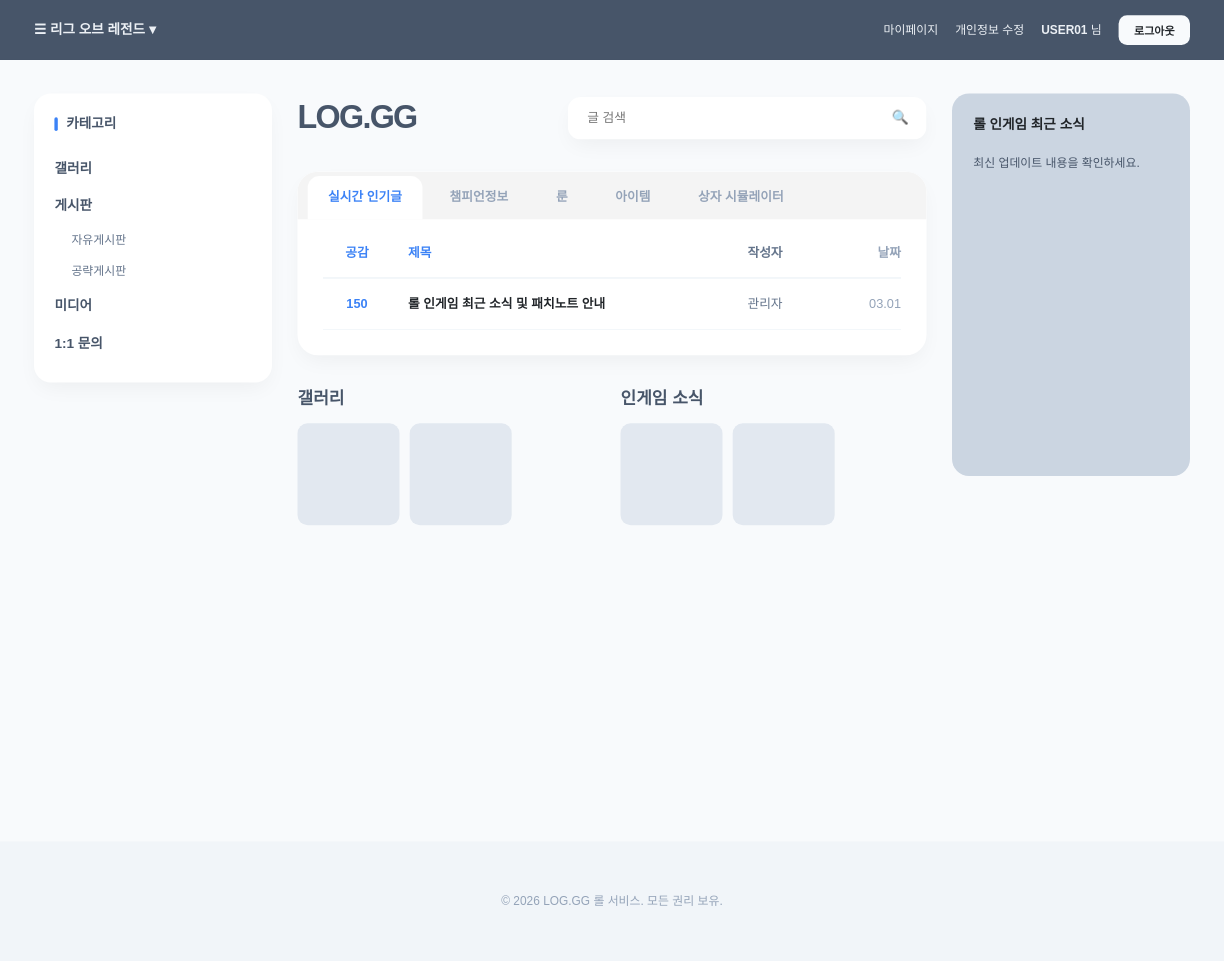
Repository: hoitman297/Semiproject_Team200
Page: SemiProject_Team200/src/main/webapp/WEB-INF/views/lol/롤메인페이지.html
An editor plug-in stored every save of this project. The page is shown before and after the next save, followed by the edit.
The browser window is 1280 px wide. The page is 1440 px wide, so the pictures cover 1440 px, including what lies to the right of the window. The pictures show the whole page, at 85% of full size.
Some web fonts or font styles are not loaded; a fallback is used.

Above is the page before, as saved 2026-03-16 03:01:56.

After the next save:
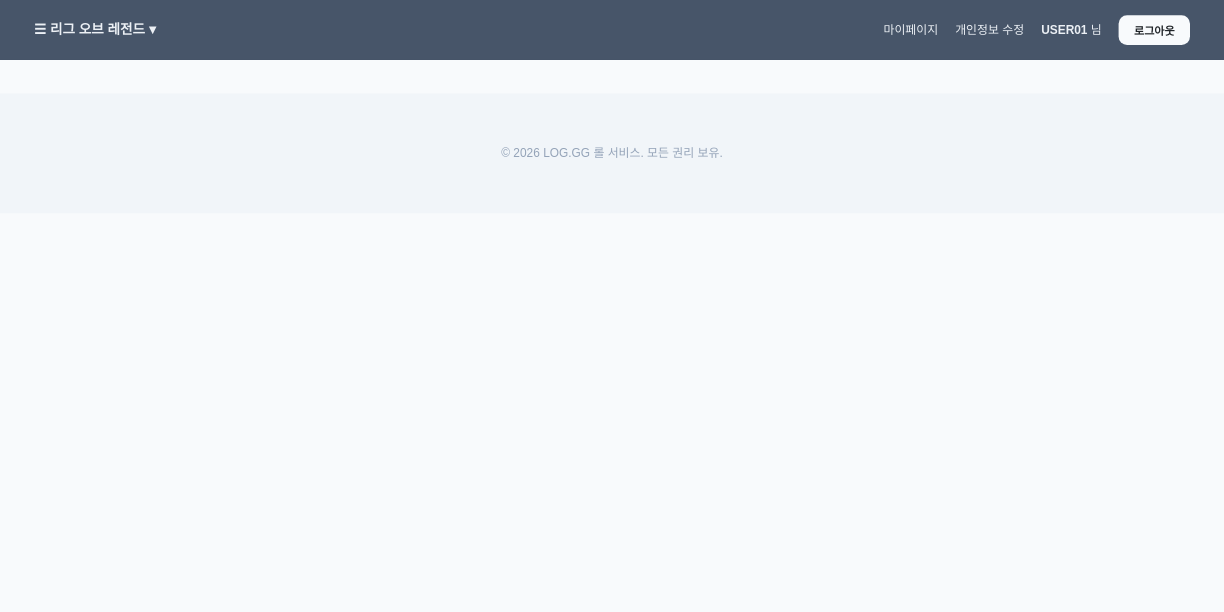
Saved 26 s later.
--- a/SemiProject_Team200/src/main/webapp/WEB-INF/views/lol/롤메인페이지.html
+++ b/SemiProject_Team200/src/main/webapp/WEB-INF/views/lol/롤메인페이지.html
@@ -377,87 +377,7 @@
         </div>
     </header>
 
-    <div class="main-layout">
-        <aside class="side-left">
-            <div class="side-card">
-                <h3>카테고리</h3>
-                <div class="menu-item">갤러리</div>
-                <div class="menu-item">게시판</div>
-                <div class="sub-item">자유게시판</div>
-                <div class="sub-item">공략게시판</div>
-                <div class="menu-item">미디어</div>
-                <div class="menu-item">1:1 문의</div>
-            </div>
-        </aside>
-
-        <main class="content-area">
-            <div class="top-row">
-                <a href="../메인페이지.html">
-                    <div class="logo">LOG.GG</div>
-                </a>
-                <div class="search-bar">
-                    <input type="text" placeholder="글 검색">
-                    <span>🔍</span>
-                </div>
-            </div>
-
-            <div class="board-card">
-                <div class="tab-menu">
-                    <div class="tab-item active">실시간 인기글</div>
-                    <a href="./롤영웅정보.html">
-                        <div class="tab-item">챔피언정보</div>
-                    </a>
-                    <a href="./롤룬정보.html">
-                        <div class="tab-item">룬</div>
-                    </a>
-                    <a href="./롤아이템정보.html">
-                        <div class="tab-item">아이템</div>
-                    </a>
-                    <a href="../상자시뮬/상자시뮬.html">
-                        <div class="tab-item">상자 시뮬레이터</div>
-                    </a>
-                </div>
-                <div class="tab-content">
-                    <div class="board-row header-row">
-                        <div class="col-likes">공감</div>
-                        <div class="col-title">제목</div>
-                        <div class="col-author">작성자</div>
-                        <div class="col-date">날짜</div>
-                    </div>
-                    <div class="board-row">
-                        <div class="col-likes">150</div>
-                        <div class="col-title">롤 인게임 최근 소식 및 패치노트 안내</div>
-                        <div class="col-author">관리자</div>
-                        <div class="col-date">03.01</div>
-                    </div>
-                </div>
-            </div>
-
-            <div class="bottom-grid">
-                <div class="grid-box">
-                    <h4>갤러리</h4>
-                    <div class="thumb-container">
-                        <div class="thumb"></div>
-                        <div class="thumb"></div>
-                    </div>
-                </div>
-                <div class="grid-box">
-                    <h4>인게임 소식</h4>
-                    <div class="thumb-container">
-                        <div class="thumb"></div>
-                        <div class="thumb"></div>
-                    </div>
-                </div>
-            </div>
-        </main>
-
-        <aside class="sidebar-right">
-            <h3>롤 인게임 최근 소식</h3>
-            <div style="font-size: 14px; color: #475569; line-height: 1.8;">
-                최신 업데이트 내용을 확인하세요.
-            </div>
-        </aside>
-    </div>
+
 
     <footer>© 2026 LOG.GG 롤 서비스. 모든 권리 보유.</footer>
 
